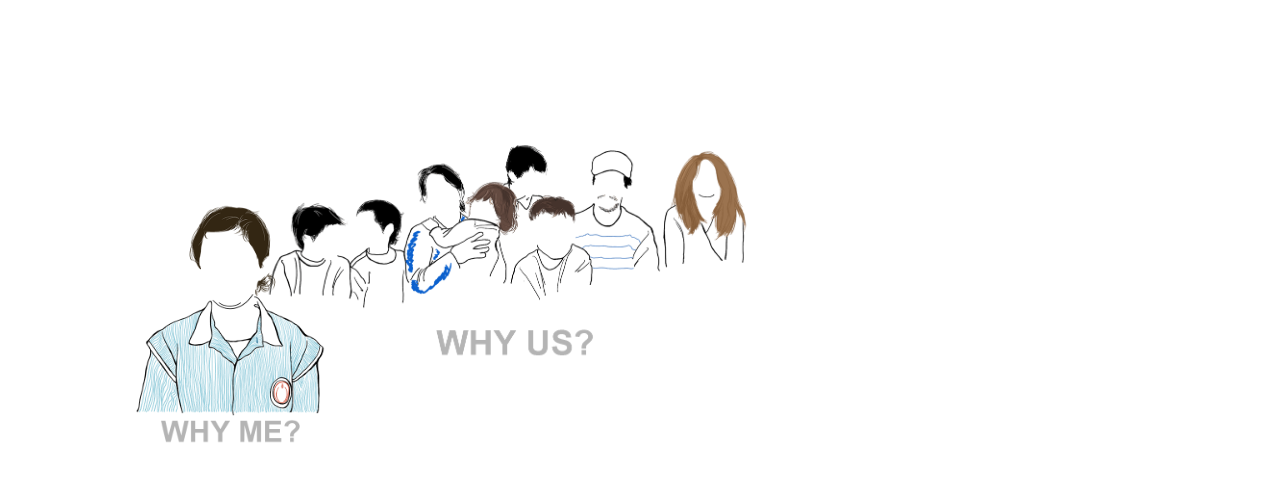
Repository: Lettie123/webpr4
Page: 04.html
An editor plug-in stored every save of this project. The page is shown before and after the next save, followed by the edit.
The browser window is 1280 px wide. The pictures show the whole page.

Above is the page before, as saved 2020-11-23 23:52:56.

After the next save:
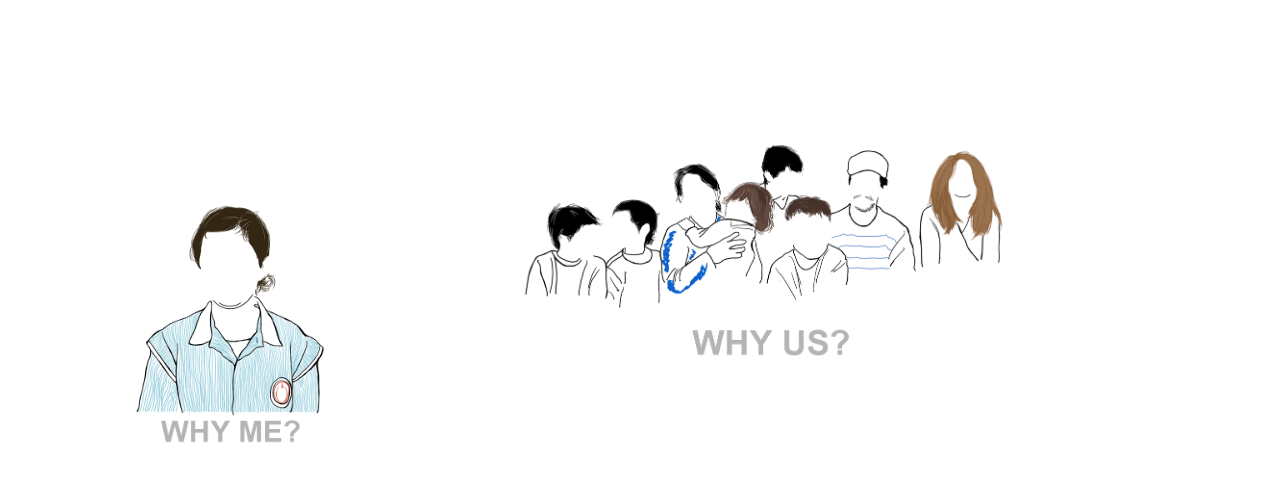
Saved 22 s later.
--- a/style05.css
+++ b/style05.css
@@ -17,7 +17,7 @@ body {
     width: 500px;
     height: 500px;
 	position: absolute;
-	left: 40%;
+	left: 60%;
 	top: 45%;
     transform: translate(-50%,-50%);
     color: #B4B4B4;
